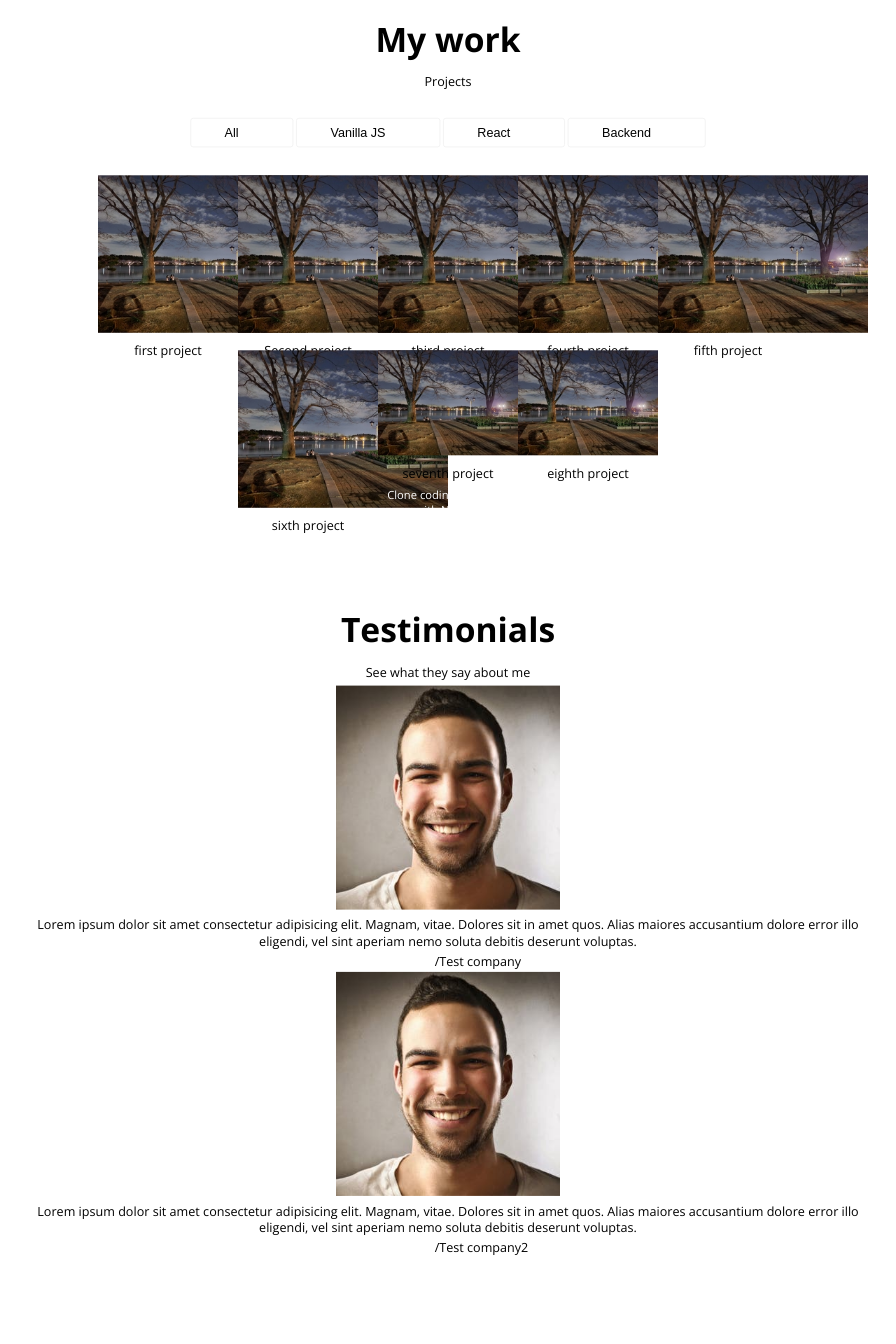
Repository: delphkim/portfolio
Page: index.html
These files come from the project's save history. The page is drawn as it stood at one moment and after the next save; the edit follows.
The browser window is 1280 px wide. The pictures show the part of the page from y = 2309 to 4229 px (the page is 4453 px tall before and 4461 px after), at 70% of full size.
Some web libraries are served in a nearby version.

Above is the page before, as saved 2021-08-04 15:26:23.

### index.html
<!DOCTYPE html>
<html lang="en">
  <head>
    <meta charset="UTF-8" />
    <meta http-equiv="X-UA-Compatible" content="IE=edge" />
    <meta name="viewport" content="width=device-width, initial-scale=1.0" />
    <title>DevelPhaba's Portfolio</title>
    <meta name="description" content="Portfolio for world-reknowned software engineer develPhaba"/>
    <meta name="author" content="develPhaba" />
    <link rel="icon" type="img/png" href="./imgs/favicon.png">
    <script src="https://kit.fontawesome.com/d2b892ca94.js" crossorigin="anonymous"></script>
    <link rel="preconnect" href="https://fonts.googleapis.com" />
    <link rel="preconnect" href="https://fonts.gstatic.com" crossorigin />
    <link href="https://fonts.googleapis.com/css2?family=Open+Sans:wght@400;600;700&display=swap" rel="stylesheet"/>
    <!-- CSS rules to specify families -->
    <!-- 1. font-family: 'Open Sans', sans-serif;  -->
    <link rel="stylesheet" href="./style.css">
    <script src="./main.js" defer></script>
  </head>
  <body>
    <!-- Navbar -->
    <nav id="navbar">
      <div class="navbar__logo">
        <img class="navbar__icon" src="./imgs/favicon.png" alt="logo">
        <a href="#">develPhaba</a>
      </div>

        <ul class="navbar__menu">
          <li class="navbar__menu__item active">Home</li>
          <li class="navbar__menu__item">About</li>
          <li class="navbar__menu__item">Skills</li>
          <li class="navbar__menu__item">My work</li>
          <li class="navbar__menu__item">Testimonials</li>
          <li class="navbar__menu__item">Contact</li>
        </ul>

    </nav>
    <!-- Home -->
    <section id="home">
      <img src="./imgs/home.jpg"
           alt="develPhabas' profile photo"
           class="home__avatar">
           <h1 class="home__title">Hello, <br>I'm develPhaba</br></h1>
           <h2 class="home__description">Front-end engineer, who wants to be a Full-stack engineer </h2>
           <button class="home__contact">Contact me</button>
    </section>
    <!-- About -->
    <section id="about" class="section section__container">
      <h1>About me</h1>
      <p>I've studied front-end skills.
        <br>After working as a front-end endgineer for several years,
        <br>I want to broaden my skill stack.
      </p>
      <div class="about__majors">
        <div class="major">
          <div class="major__icon">
            <i class="fab fa-html5"></i>
          </div>
          <h2 class="major__title">HTML</>
          <p class="major__description">HTML5</p>
        </div>
        <div class="major">
            <div class="major__icon">
              <i class="fab fa-css3-alt"></i>
            </div>
            <h2 class="major__title">CSS</h2>
            <p class="major__description">CSS3</p>
        </div>
        <div class="major">
          <div class="major__icon">
            <i class="fab fa-js"></i>
          </div>
          <h2 class="major__title">JavaScript</h2>
          <p class="major__description">ES5<br>ES6+</p>
        </div>
      </div>
      <div class="about__schools">
        <div class="school">
          <img src="./imgs/schools/dream-coding.png" alt="dream-coding" class="school__logo">
          <div class="school__description">
             <p class="school__title">Dream-coding Academy</p>
             <p class="school__years">2021.6~</p>
          </div>
        </div>
        <div class="school">
          <img src="./imgs/schools/inflearn.png" alt="inflearn" class="school__logo">
          <div class="school__description">
             <p class="school__title">Inflearn</p>
             <p class="school__years">2021.1~</p>
          </div>
        </div>
      </div>

    </section>
    <!-- Skills -->
     <section id="skills" class="section">
       <div class="section__container">
           <h1>Skills</h1>
  <h2>Skills & Attributes</h2>
  <p>
    Passion for learning new technologies. Capable of working with a team environment
    and independently. Ability to plan and time schedule, work under
    strict time pressure and adapt quickly when needed.
  </p>
  <div class="skillset">
    <div class="skillset__left">
      <h3 class="skillset__title">Skills</h3>
      <div class="skill">
        <div class="skill__description">
          <span>HTML</span>
          <span>60%</span>
        </div>
        <div class="skill__bar">
          <div class="skill__value" style="width: 60%"></div>
        </div>
      </div>
      <div class="skill">
        <div class="skill__description">
          <span>CSS</span>
          <span>65%</span>
        </div>
        <div class="skill__bar">
          <div class="skill__value" style="width: 65%"></div>
        </div>
      </div>
      <div class="skill">
        <div class="skill__description">
          <span>JavaScript</span>
          <span>70%</span>
        </div>
        <div class="skill__bar">
          <div class="skill__value" style="width: 70%"></div>
        </div>
      </div>
    </div>
    <div class="skillset__right">
      <div class="tools">
        <h3 class="skillset__title">tools</h3>
        <ul class="tools__list">
          <li><span>Visual Studio Code</span></li>
          <li><span>...</span></li>
          <li><span>...</span></li>
          <li><span>...</span></li>
          <li><span>...</span></li>
        </ul>
      </div>
      <div class="etc">
        <h3 class="skillset__title">etc</h3>
        <ul class="ect__list">
          <li><span>Git</span></li>
          <li><span>Github</span></li>
          <li><span>...</span></li>
        </ul>
      </div>
    </div>
  </div>
       </div>
    </section>
   <!-- Work -->
    <section id="work" class="section">
      <h1>My work</h1>
      <h3>Projects</h3>
      <div class="work__categories">
        <button class="category__btn">All <span class="category__count">8</span></button>
        <button class="category__btn">Vanilla JS <span class="category__count">3</span></button>
        <button class="category__btn">React <span class="category__count">3</span></button>
        <button class="category__btn">Backend <span class="category__count">2</span></button>
      </div>
      <div class="work__projects">
        <a href="https://github.com/develPhaba/test"
           class="project"
           target="blank">
           <img class="project__img" src="./imgs/projects/1.jpg" alt="one">
           <div class="project__description">
             <h3>first project</h3>
             <span>Clone coding with HTML and CSS</span>
           </div>
        </a>
        <a href="https://github.com/develPhaba/test"
           class="project"
           target="blank">
           <img class="project__img" src="./imgs/projects/2.jpg" alt="two">
           <div class="project__description">
            <h3>Second project</h3>
            <span>Clone coding with HTML, CSS and JavaScript</span>
          </div>
        </a>
        <a href="https://github.com/develPhaba/test"
           class="project"
           target="blank">
           <img class="project__img" src="./imgs/projects/3.jpg" alt="three">
           <div class="project__description">
            <h3>third project</h3>
            <span>Clone coding with HTML,CSS and JavaScript</span>
           </div>
        </a>
        <a href="https://github.com/develPhaba/test"
           class="project"
           target="blank">
          <img class="project__img" src="./imgs/projects/4.jpg" alt="four">
          <div class="project__description">
            <h3>fourth project</h3>
            <span>Clone coding,Front-end with React</span>
          </div>
        </a>
        <a href="https://github.com/develPhaba/test"
           class="project"
           target="blank">
          <img class="project__img" src="./imgs/projects/5.jpg" alt="five">
          <div class="project__description">
            <h3>fifth project</h3>
            <span>Clone coding,Front-end with React</span>
          </div>
        </a>
        <a href="https://github.com/develPhaba/test"
           class="project"
           target="blank">
          <img class="project__img" src="./imgs/projects/6.jpg" alt="six">
          <div class="project__description">
            <h3>sixth project</h3>
            <span>Clone coding,Front-end with React</span>
          </div>
        </a>
        <a href="https://github.com/develPhaba/test"
           class="project"
           target="blank">
           <img class="project__img" src="./imgs/projects/7.jpg" alt="seven">
           <div class="project__description">
            <h3>seventh project</h3>
            <span>Clone coding, Back-end with Node.js</span>
           </div>
        </a>
        <a href="https://github.com/develPhaba/test"
           class="project"
           target="blank">
           <img class="project__img" src="./imgs/projects/8.jpg" alt="eight">
           <div class="project__description">
            <h3>eighth project</h3>
            <span>Clone coding, Back-end with Node.js</span>
           </div>
        </a>
      </div>
    </section>
    <!-- Testimonials -->
    <section id="testimonials" class="section">
      <h1>Testimonials</h1>
      <h3>See what they say about me</h3>
      <div class="testimonials">
        <div class="testimonial">
          <img src="./imgs/testimonial/people1.jpg"
               alt="people"
               class="testimonial__avatar">
               <div class="testimonial__speech-bubble">
                 <p>Lorem ipsum dolor sit amet consectetur adipisicing elit. Magnam, vitae.
                   Dolores sit in amet quos. Alias maiores accusantium dolore error illo eligendi,
                   vel sint aperiam nemo soluta debitis deserunt voluptas.</p>
                   <p class="name"><a href="https://github.com/develPhaba/test">TestName</a>/Test company</p>
               </div>
        </div>
        <div class="testimonial">
          <img src="./imgs/testimonial/people2.jpg"
               alt="people"
               class="testimonial__avatar">
               <div class="testimonial__speech-bubble">
                <p>Lorem ipsum dolor sit amet consectetur adipisicing elit. Magnam, vitae.
                  Dolores sit in amet quos. Alias maiores accusantium dolore error illo eligendi,
                  vel sint aperiam nemo soluta debitis deserunt voluptas.</p>
                <p class="name"><a href="https://github.com/develPhaba/test">TestName2</a>/Test company2</p>
              </div>
        </div>
      </div>
    </section>
    <!-- Contact -->
    <section id="contact" class="section">
      <h1 class="contact__title">Let's talk</h1>
      <h2 class="contact__email">hgkim9201@gmail.com</h2>
      <div class="contact__links">
      <a href="https://github.com/develPhaba">
        <i class="fa fa-github"></i>
      </a>
      <a href="">
      <i class="fa fa-linkedin-square"></i>
      </a>
      </div>
      <p class="contact__rights">Dreaming-coding Ellie -All rights reserved</p>
    </section>
  </body>
</html>

### style.css
:root {
  /* Color */
  --color-white: #ffffff;
  --color-light-white: #eeeeee;
  --color-dark-white: #bdbdbd;
  --color-pink: #fe918d;
  --color-dark-pink: #ff6863;
  --color-dark-grey: #4d4d4d;
  --color-grey: #616161;
  --color-light-grey: #7c7979;
  --color-blue: #73aace;
  --color-yellow: #fff7d1;
  --color-orange: #feb546;
  --color-black: #000000;
  --color-green: #80deea;
  --color-light-green: #00e1ff;
  --color-sky-blue: #2979ff;
  --color-dark-blue: rgb(31, 94, 204);
  /* Font size */
  --font-large: 48px;
  --font-medium: 28px;
  --font-regular: 18px;
  --font-small: 16px;
  --font-micro: 14px;
  /* Font weight */
  --weight-bold: 700;
  --weight-semi-bold: 600;
  --weight-regular: 400;
  /* Size */
  --size-border-radius: 4px;
  /*Animation*/
  --animation-duration: 300ms;
}
/* Universal tags */
* {
  box-sizing: border-box;
}
body {
  font-family: "Open Sans", sans-serif;
  margin: 0;
  cursor: default;
}
a {
  text-decoration: none;
  color: var(--color-white);
}
ul {
  list-style: none;
  padding-left: 0;
}
h1 {
  font-size: var(--font-large);
  font-weight: var(--weight-bold);
  color: var(--color-black);
  margin: 16px 0;
}
h2 {
  font-size: var(--font-medium);
  font-weight: var(--weight-semi-bold);
  color: var(--color-black);
  margin: 8px 0;
}
h3 {
  font-size: var(--font-regular);
  font-weight: var(--weight-regular);
  color: var(--color-black);
  margin: 8px 0;
}
p {
  font-size: var(--font-regular);
  font-weight: var(--weight-regular);
  color: var(--color-black);
  margin: 4px 0;
}
button {
  background-color: transparent;
  cursor: pointer;
  border: none;
  outline: none;
}
/* Navbar */
#navbar {
  display: flex;
  justify-content: space-between;
  background-color: var(--color-sky-blue);
  align-items: center;
  color: var(--color-white);
  padding: 16px;
}
.navbar__logo {
  font-size: var(--font-medium);
  font-weight: var(--weight-semi-bold);
}
.navbar__icon {
  width: var(--font-medium);
  height: var(--font-medium);
}
.navbar__menu {
  display: flex;
}
.navbar__menu__item {
  padding: 8px 12px;
  margin: 0 4px;
  cursor: pointer;
  border-radius: var(--size-border-radius);
}
.navbar__menu__item:hover {
  background-color: var(--color-dark-blue);
}
.navbar__menu__item.active {
  border: 1px solid var(--color-white);
}
/*Home*/
#home {
  background: url(./imgs/homepage-background.png) center/cover no-repeat;
  padding: 40px;
  text-align: center;
}
.home__avatar {
  width: 250px;
  height: 250px;
  border-radius: 50%;
  border: 2px solid var(--color-light-white);
}
.home__title,
.home__description {
  color: var(--color-white);
}
.home__contact {
  color: var(--color-white);
  font-size: var(--font-regular);
  font-weight: var(--weight-bold);
  margin: 24px;
  padding: 8px 12px;
  border: 2px solid var(--color-white);
  border-radius: var(--size-border-radius);
}
/* Section common */
.section {
  text-align: center;
  padding: 50px;
  margin: auto;
}
.section__container {
  max-width: 1200px;
  margin: auto;
}
/* About me */
.about__majors {
  display: flex;
  justify-content: space-between;
  margin: 80px 0;
}
.major__icon {
  color: var(--color-dark-blue);
  font-size: 70px;
  width: 170px;
  height: 170px;
  line-height: 170px;
  margin: auto;
  border: 1px solid var(--color-blue);
  border-radius: 50%;
  margin-bottom: 16px;
}
.major__title,
.major__description {
  color: var(--color-dark-grey);
}
.major__description {
  font-size: var(--font-small);
}
.major__icon i {
  transition: all var(--animation-duration) ease;
}
.major__icon:hover i {
  transform: rotate(-30deg) scale(1.1);
  color: var(--color-dark-pink);
}
.school {
  display: flex;
  align-items: center;
}
.school__description {
  margin: 0 16px;
  text-align: left;
}
.school__title,
.school__years {
  color: var(--color-dark-grey);
}

.school__title {
  font-size: var(--font-small);
}
.school__years {
  font-size: var(--font-micro);
}
/* Skills */
#skills {
  background-color: var(--color-yellow);
}
.skillset {
  display: flex;
  background-color: var(--color-light-grey);
  color: var(--color-light-white);
  margin: 20px 0;
}
.skillset__title {
  color: var(--color-white);
}
.skillset__left {
  flex-basis: 60%;
  background-color: var(--color-dark-grey);
  padding: 20px 40px;
}
.skill__description {
  display: flex;
  justify-content: space-between;
}
.skillset__right {
  flex-basis: 40%;
}
.skill {
  margin-bottom: 32px;
}
.skill__bar {
  width: 100%;
  height: 3px;
  background-color: var(--color-light-grey);
  border-radius: var(--size-border-radius);
}
.skill__value {
  height: 3px;
  background-color: var(--color-orange);
  border-radius: var(--size-border-radius);
}
.tools {
  background-color: var(--color-grey);
}

.tools,
.etc {
  padding: 20px;
}

/* Work */
.work__categories {
  margin: 40px;
}
.category__btn {
  border: 1px solid var(--color-light-white);
  border-radius: var(--size-border-radius);
  font-size: var(--font-regular);
  padding: 8px 48px;
}
.category__btn.active,
.category__btn:hover {
  background-color: var(--color-sky-blue);
  color: var(--color-white);
}
.category__btn.active .category__count,
.category__btn:hover .category__count {
  opacity: 1;
  top: 0;
}
.category__count {
  border-radius: 50%;
  background-color: var(--color-light-green);
  color: var(--color-white);
  width: 24px;
  height: 24px;
  display: inline-block;
  line-height: 24px;
  position: relative;
  top: -20px;
  left: 4px;
  opacity: 0;
  transition: all var(--animation-duration) ease-in;
}

.work__projects {
  display: flex;
  flex-wrap: wrap;
  justify-content: center;
}
.project {
  width: 200px;
  height: 250px;
}

Loaded but not shown: main.js (no stored copy; drawn as an empty file)

After the next save:
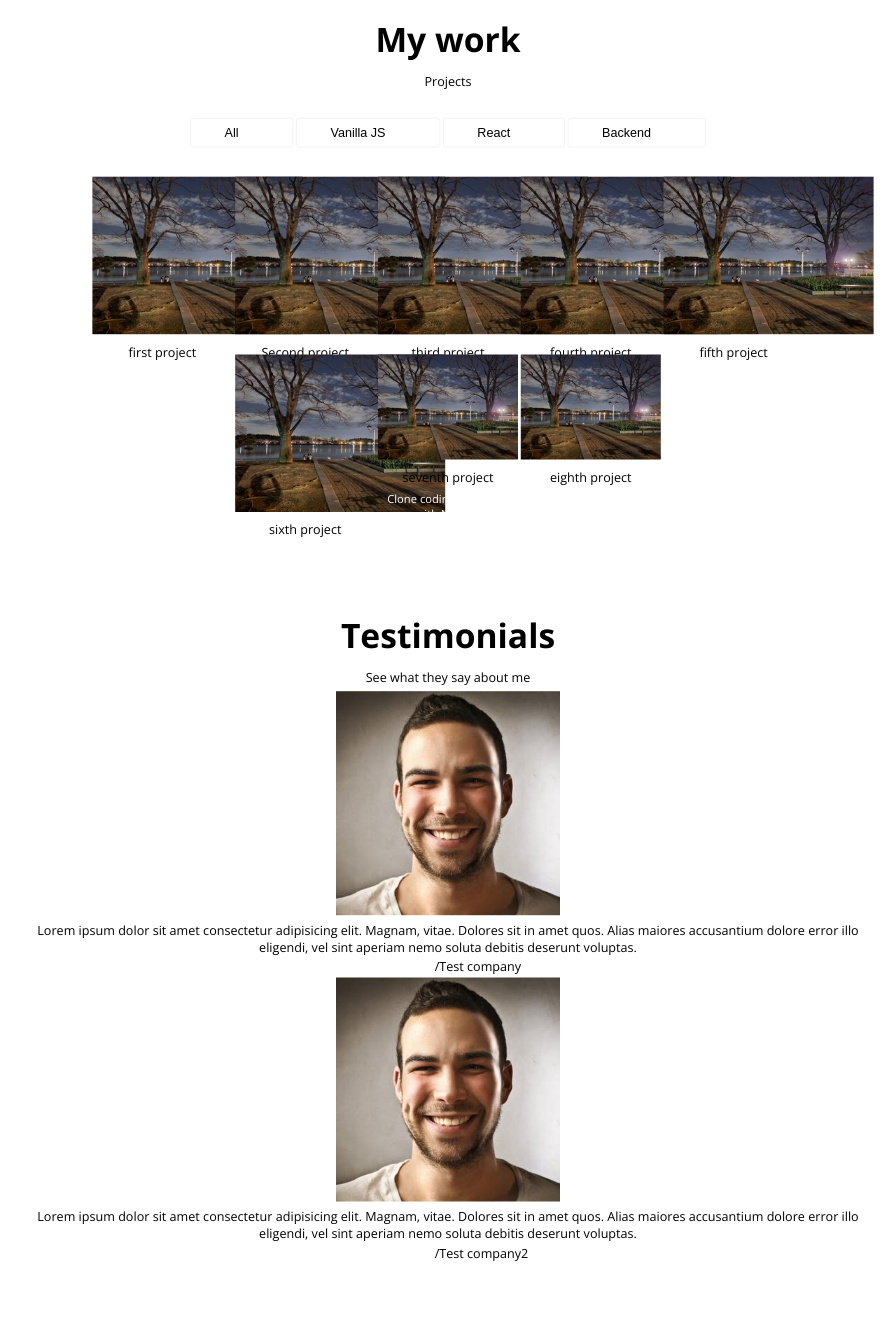
Saved 101 s later.
--- a/style.css
+++ b/style.css
@@ -286,4 +286,5 @@
 .project {
   width: 200px;
   height: 250px;
-}
+  margin: 2px;
+}
